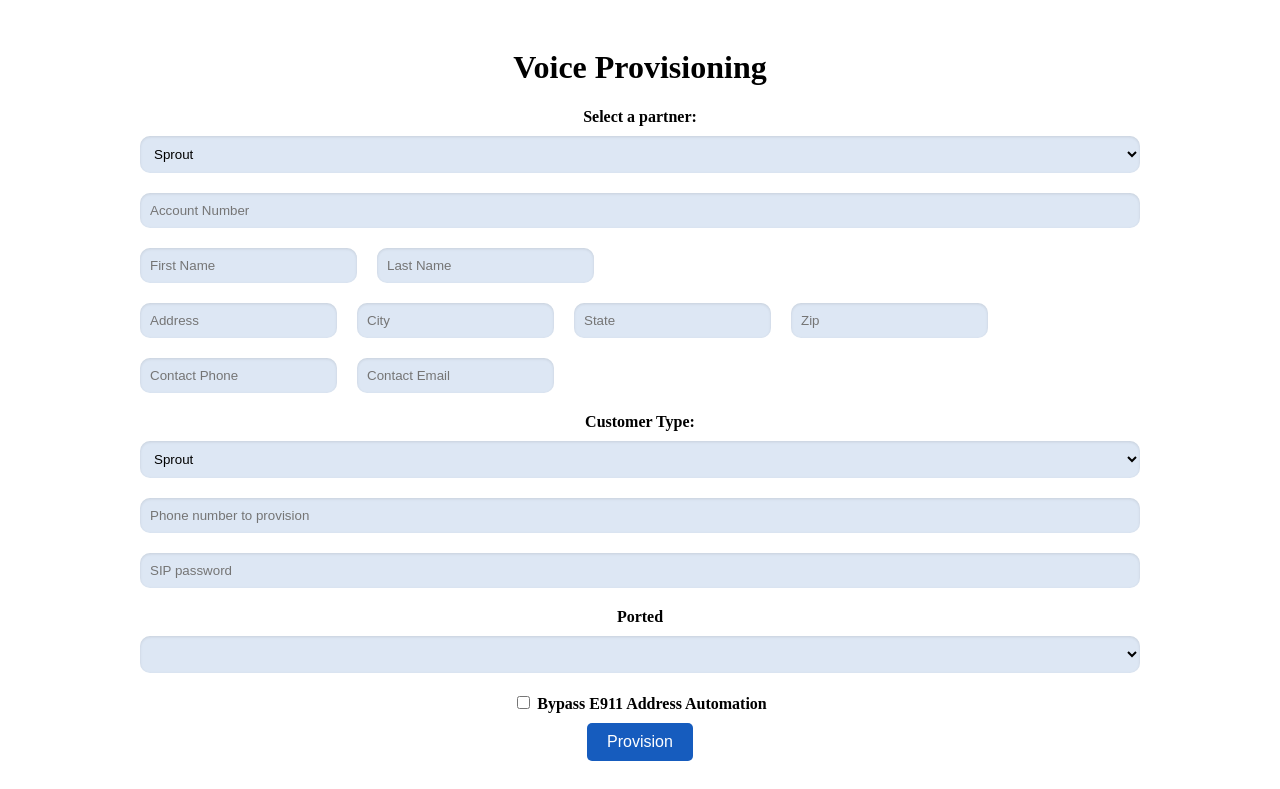
Repository: smallchungus/logiccom
Page: /
The author's editor kept a copy of each file at every save. The page is drawn from the files as they stood at one save, then again after a run of saves.
The browser window is 1280 px wide. The pictures show the whole page.
The project was rebuilt for these pictures with package versions that can differ from the ones it lists, and the page was loaded fresh each time. Also part of the build but not shown: vite.config.ts.

Above is the page before, as saved 2023-05-04 12:12:14.

After the next 3 saves:
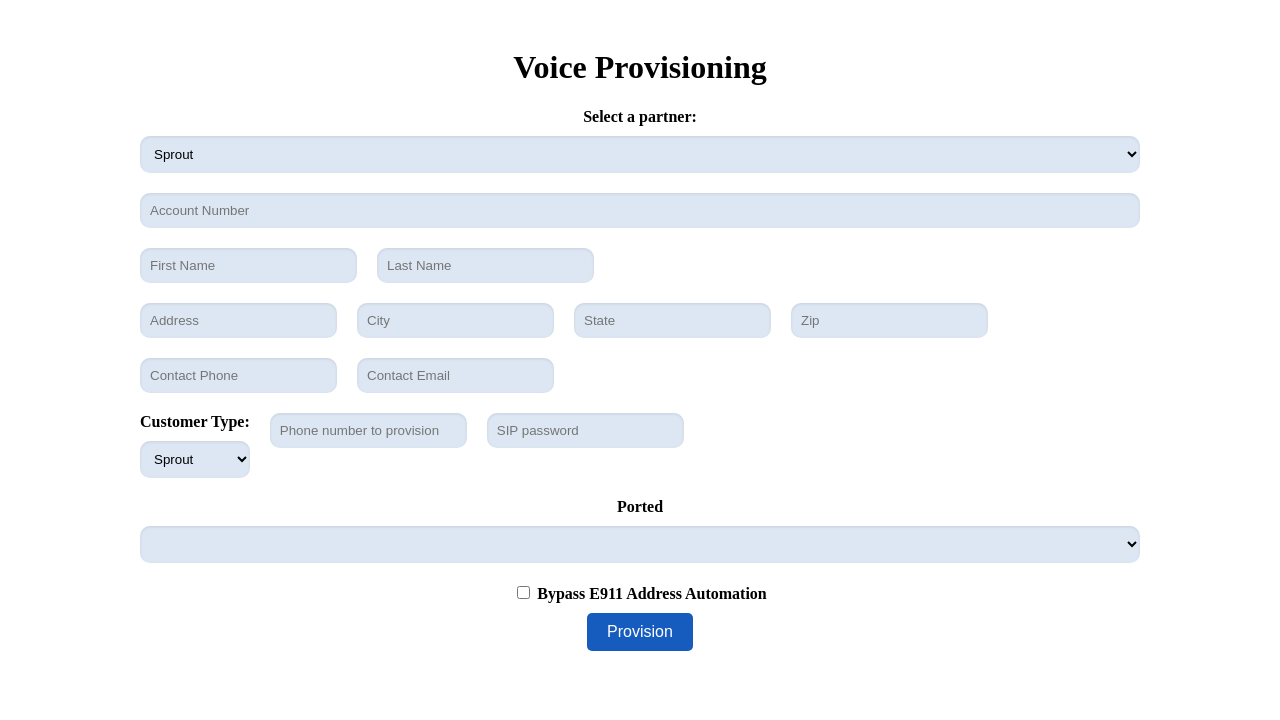
The 3 saves are shown as one change because they came seconds apart.
The last was saved 36 s later.
--- a/src/App.vue
+++ b/src/App.vue
@@ -58,7 +58,7 @@
       </div>
     </div>
 
-    <div class="form-row"></div>
+    <div class="form-row">
       <div class="form-group">
         <label for="customerType">Customer Type:</label>
         <select id="customerType" name="customerType">
@@ -74,7 +74,7 @@
       <div class="form-group">
         <input type="password" id="sipPassword" name="sipPassword" placeholder="SIP password">
       </div>
-
+    </div>
 
     <label for="ported">Ported</label>
     <select id="ported" name="ported">
